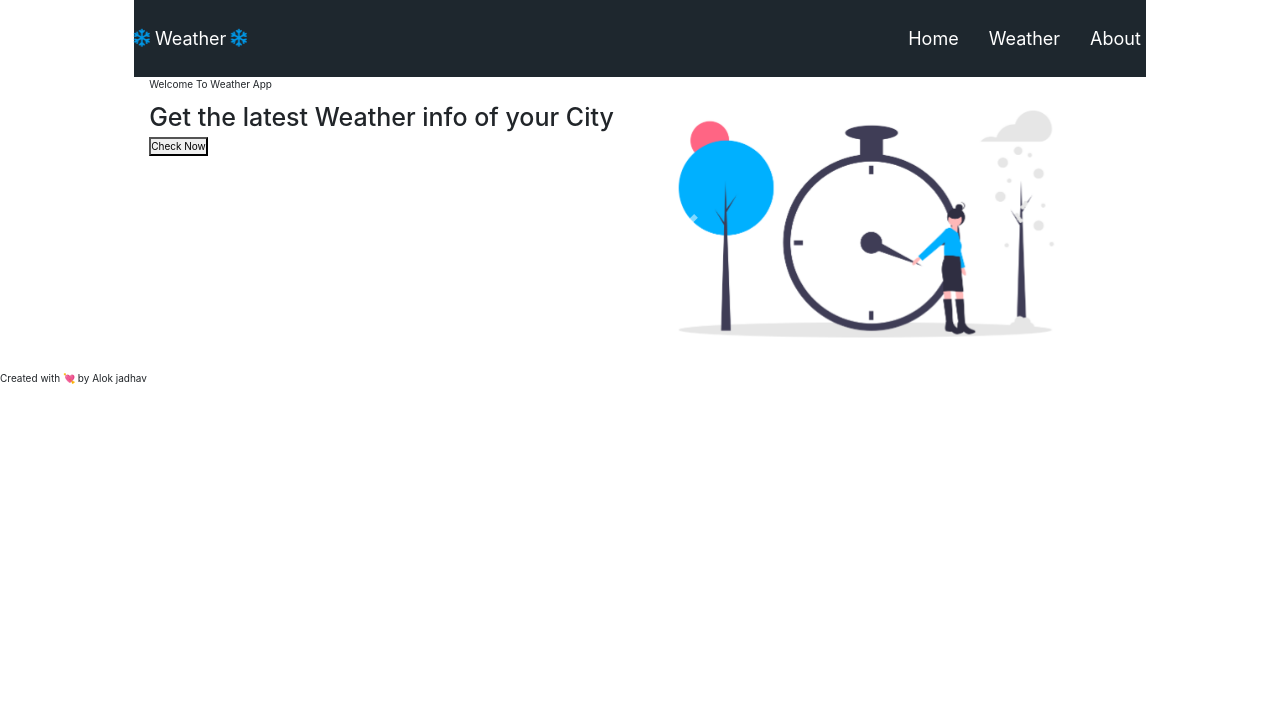
Repository: AalokJadhav/Weather_App
Page: http://localhost/
These files come from the project's save history. The page is drawn as it stood at one moment and after the next save; the edit follows.
The browser window is 1280 px wide. The pictures show the whole page.
Some web fonts or font styles are not loaded; a fallback is used. Some web libraries are served in a nearby version. The page is served by the project's Node server (src/app.js).

Above is the page before, as saved 2020-11-15 11:44:01.

### public/index.html
<!DOCTYPE html>
<html lang="en">

<head>
    <meta charset="UTF-8">
    <meta name="viewport" content="width=device-width, initial-scale=1.0">
    <title>Weather App</title>
    <!-- Latest compiled and minified CSS -->
    <link rel="stylesheet" href="https://maxcdn.bootstrapcdn.com/bootstrap/4.5.2/css/bootstrap.min.css">
    <link rel="stylesheet" href="https://cdnjs.cloudflare.com/ajax/libs/font-awesome/5.10.0/css/all.min.css"
        integrity="sha512-PgQMlq+nqFLV4ylk1gwUOgm6CtIIXkKwaIHp/PAIWHzig/lKZSEGKEysh0TCVbHJXCLN7WetD8TFecIky75ZfQ=="
        crossorigin="anonymous" />
    <!-- jQuery library -->
    <script src="https://ajax.googleapis.com/ajax/libs/jquery/3.5.1/jquery.min.js"></script>

    <!-- Popper JS -->
    <script src="https://cdnjs.cloudflare.com/ajax/libs/popper.js/1.16.0/umd/popper.min.js"></script>

    <!-- Latest compiled JavaScript -->
    <script src="https://maxcdn.bootstrapcdn.com/bootstrap/4.5.2/js/bootstrap.min.js"></script>
    <link rel="stylesheet" href="css/style.css">
    <link rel="shortcut icon" href="images/logo.png" type="image/png">
</head>

<body>
    <div class="container-fluid main-menu">
        <div class="row">
            <div class="col-md-10 col-12 mx-auto">
                <nav class="navbar navbar-expand-lg">
                    <a class="navbar-brand" href="#"><i class="far fa-snowflake"></i> Weather <i
                            class="far fa-snowflake"></i></a>
                    <button class="navbar-toggler" type="button" data-toggle="collapse"
                        data-target="#navbarSupportedContent" aria-controls="navbarSupportedContent"
                        aria-expanded="false" aria-label="Toggle navigation">
                        <span class="navbar-toggler-icon"></span>
                    </button>

                    <div class="collapse navbar-collapse" id="navbarSupportedContent">
                        <ul class="navbar-nav ml-auto">
                            <li class="nav-item active">
                                <a class="nav-link" href="/">Home <span class="sr-only">(current)</span></a>
                            </li>
                            <li class="nav-item">
                                <a class="nav-link" href="/weather">Weather</a>
                            </li>
                            <li class="nav-item">
                                <a class="nav-link" href="/about">About</a>
                            </li>
                        </ul>
                    </div>
                </nav>
            </div>
        </div>
    </div>

    <!-- Main header -->
    <div class="container-fluid main_header">
        <div class="row">
            <div class="col-md-10 col-12 mx-auto">
                <div class="row">
                    <!-- Left Side Div -->
                    <div class="col-md-6 col-12 main_header_left">
                        <p> Welcome To Weather App</p>
                        <h1>Get the latest <span>Weather</span> info of your City</h1>
                        <a href="/weather"><button>Check Now</button></a>
                    </div>
                    <!-- right Side Div -->

                    <div class="col-md-6 col-12 main_header_right">
                        <div id="carouselExampleControls" class="carousel slide" data-ride="carousel">
                            <div class="carousel-inner">
                                <div class="carousel-item active">
                                    <img src="images/bg1.png" class="w-100" alt="...">
                                </div>
                                <div class="carousel-item">
                                    <img src="images/bg2.png" class="w-100" alt="...">
                                </div>
                                <div class="carousel-item">
                                    <img src="images/bg3.png" class="w-100" alt="...">
                                </div>
                            </div>
                            <a class="carousel-control-prev" href="#carouselExampleControls" role="button"
                                data-slide="prev">
                                <span class="carousel-control-prev-icon" aria-hidden="true"></span>
                                <span class="sr-only">Previous</span>
                            </a>
                            <a class="carousel-control-next" href="#carouselExampleControls" role="button"
                                data-slide="next">
                                <span class="carousel-control-next-icon" aria-hidden="true"></span>
                                <span class="sr-only">Next</span>
                            </a>
                        </div>
                    </div>
                </div>
            </div>
        </div>
    </div>

    <!-- // Footer Code -->
    <footer>
        <p> Created with 💘 by Alok jadhav</p>
    </footer>
</body>

</html>

### src/app.js
const express = require('express');
const path = require('path');
const app = express();
const port = process.env.PORT || 8000;

// Public Static Path
const static_path = (path.join(__dirname, '../public'));

app.use(express.static(static_path));

// Routing
app.get('/', (req, res) => {
    res.send('Welcome to Home..!');
});

app.get('/about', (req, res) => {
    res.send('Welcome to About Us Page..!');
});

app.get('/weather', (req, res) => {
    res.send('Welcome to Weather Page..!');
});

app.get('*', (req, res) => {
    res.send('opps...404 error page..!');
});



app.listen(port, () =>{
    console.log(`Listing to the port at ${port}`);
})

### public/css/style.css
@import url('https://fonts.googleapis.com/css2?family=Piazzolla:wght@900&display=swap');

*{
    margin: 0;
    padding: 0;
    box-sizing: border-box;
}
:root {
    --main-bg: #1e272e;
    --main-color: #0097e6;
}

html {
    font-size:62.5% ;
}

.row {
    margin: 0;
  }

/* navbar style */

.main_menu {
    background-color: var(--main-bg);
  }
  .navbar {
    color: #fff;
    background-color: var(--main-bg);
    padding: 2rem 0;
  }
  .navbar a {
    color: #fff;
    font-size: 1.8rem;
  }

  .navbar a:hover {
    color: var(--main-color);
  }

  .navbar li {
    margin-left: 2rem;
  }
  .navbar-toggler {
    background-color: #718093;
  }
  .fa-snowflake {
    transition: all linear;
    animation: rot 2s linear infinite;
    color: var(--main-color);
  }

  @keyframes rot {
    0% {
      transform: rotate(0deg);
    }
    100% {
      transform: rotate(360deg);
    }
  }

After the next save:
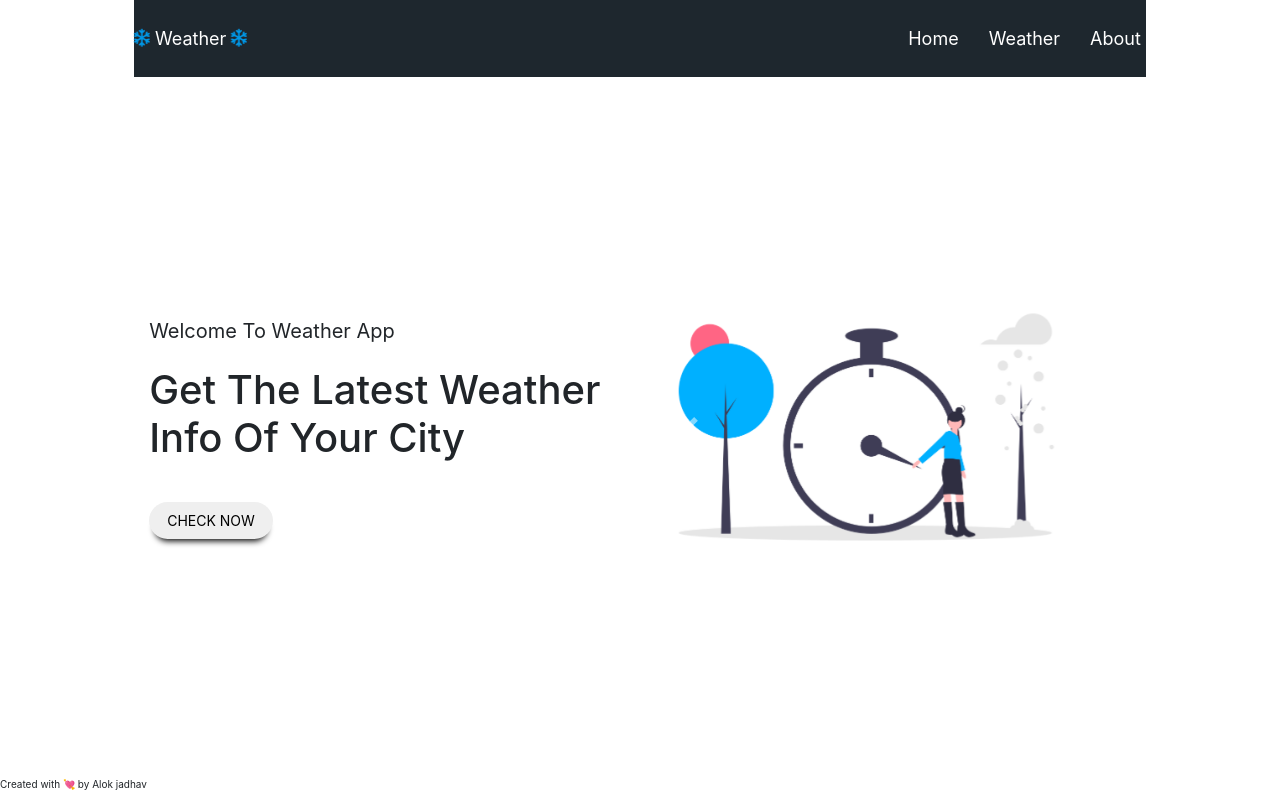
Saved 39 min 12 s later.
--- a/public/css/style.css
+++ b/public/css/style.css
@@ -57,3 +57,56 @@ html {
       transform: rotate(360deg);
     }
   }
+  /* main header part  */
+
+.main_header_left {
+    height: 70rem;
+    /* background-color: red; */
+    display: flex;
+    flex-direction: column;
+    justify-content: center;
+    align-items: flex-start;
+  }
+
+  .main_header_left p {
+    font-size: 2rem;
+  }
+
+  .main_header_left h1 {
+    font-size: 4rem;
+    margin: 1rem 0 4rem 0;
+    text-transform: capitalize;
+  }
+
+  .txt_clr {
+    color: var(--main-color);
+  }
+
+  .main_header_left button {
+    border: none;
+    padding: 0.8rem 1.8rem;
+    font-size: 1.4rem;
+    border-radius: 2rem;
+    text-transform: uppercase;
+    box-shadow: 0 8px 6px -6px black;
+    outline: none;
+    /* transition: all 0.2s linear; */
+  }
+
+  .main_header_left button:hover {
+    box-shadow: 0 8px 6px -6px var(--main-color);
+    /* border: 1px solid var(--main-color); */
+  }
+
+  .main_header_right {
+    height: 70rem;
+    /* background-color: red; */
+    display: flex;
+    flex-direction: column;
+    justify-content: center;
+    align-items: center;
+  }
+
+  .main_header_right figure img {
+    filter: drop-shadow(0 0.5rem 1rem rgba(0, 0, 0, 0.3));
+  }
